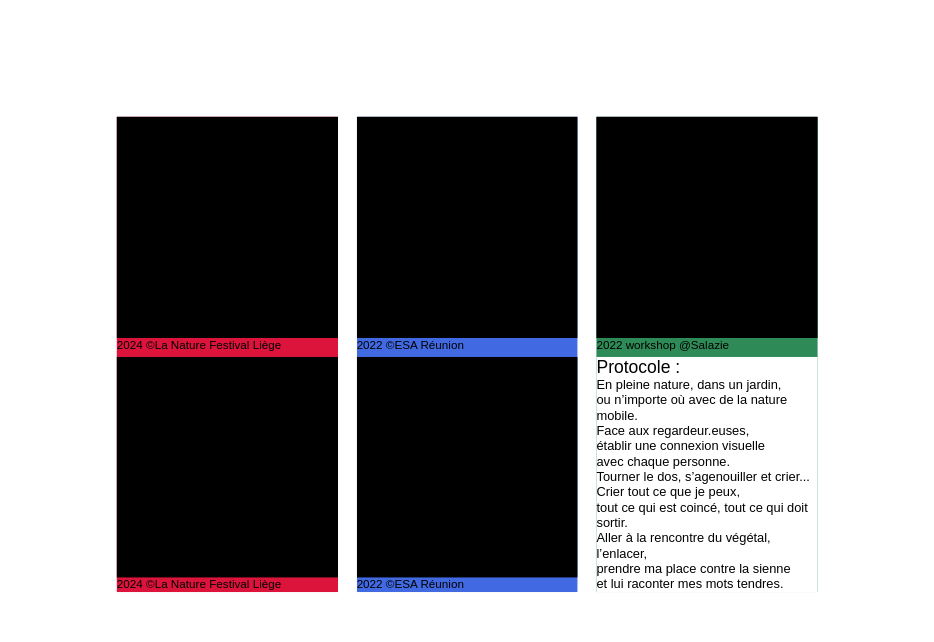
Repository: brunrhb/oce-p
Page: index.html
These files come from the project's save history. The page is drawn as it stood at one moment and after the next save; the edit follows.
The browser window is 1280 px wide. The pictures show the whole page, at 73% of full size.

Above is the page before, as saved 2025-06-04 17:38:06.

### index.html
<!DOCTYPE html>
<html lang="fr">
<head>
  <meta charset="UTF-8">
  <meta name="viewport" content="width=device-width, initial-scale=1.0">
  <title>Grid 3 colonnes avec placeholders</title>
  <link rel="stylesheet" href="styles.css">
  <script defer src="content.js"></script>
</head>
<body>



  <section PROJET1 LIASONS VEGETALES>


<div class="grid-p1s1" id="partie1">

<div class="col-p1s1-1">
  <div class="media-block">
    <div class="placeholder-p1s1"></div>
    <p class="credit" data-content="p1s1-credit1"></p>
  </div>

  <div class="media-block">
    <div class="placeholder-p1s1"></div>
    <p class="credit" data-content="p1s1-credit2"></p>
  </div>
</div>

    <div class="col-p1s1-2">
      <div class="media-block">
        <div class="placeholder-p1s1"></div>
        <p class="credit" data-content="p1s1-credit3"></p>
      </div>
      <div class="media-block">
        <div class="placeholder-p1s1"></div>
        <p class="credit" data-content="p1s1-credit4"></p>
      </div>
    </div>

    <div class="col-p1s1-3">
      <div class="media-block">
        <div class="placeholder-p1s1"></div>
        <p class="credit" data-content="p1s1-credit5"></p>
      </div>
     <div class="text-block-p1s1">
       <p class="protocole-titre" data-content="p1s1-protocole-titre"></p>
       <p class="protocole-corps" data-content="p1s1-protocole-corps"></p>
    </div>

  </div>

</div>

  </section>

</body>
</html>

### styles.css
body {
  margin: 0;
  font-family: sans-serif;
}

/* #region PROJET1 LIASONS VEGETALES*/

/* 1 grille et colonnes */

.grid-p1s1 {
  display: grid;
  grid-template-columns: 1fr 1fr 1fr;
  height: calc(100vh - 10rem);
  padding: 10rem;
  column-gap: 2vw;
}

.col-p1s1-1 {
  display: flex;
  flex-direction: column;
  justify-content: flex-start;
  gap: 2vw;


  background-color: crimson;
}

.col-p1s1-2 {
  display: flex;
  flex-direction: column;
  justify-content: flex-start;
  gap: 2vw;

  background-color: royalblue;
}

.col-p1s1-3 {
  display: flex;
  flex-direction: column;
  justify-content: flex-start;
  gap: 2vw;

  background-color: seagreen;
}


/* 2 blocks et elements */

.media-block {
  display: block;
  width: 100%;
}

.placeholder-p1s1 {
  aspect-ratio: 1 / 1;
  width: 100%;
  background-color: black;
}

.credit {
  position: absolute;
  font-size: 1rem;
  line-height: 1.2;
  margin: 0;

}

.text-block-p1s1 {
  display: flex;
  flex-direction: column;
  justify-content: flex-end;

  width: 100%;
  aspect-ratio: 1 / 1;
  background-color: white;

  padding: 0;
  margin: 0;
  gap: 0;
}

.protocole-titre {
  font-size: 1.5rem;
  margin: 0;
  padding: 0;
}

.protocole-corps {
  font-size: 1.1rem;
  margin: 0;
  padding: 0;
}

/* #endregion */

### content.js
const content = {};

// #region p1s1
content["p1s1-credit1"] = "2024 ©La Nature Festival Liège";
content["p1s1-credit2"] = "2024 ©La Nature Festival Liège";
content["p1s1-credit3"] = "2022 ©ESA Réunion";
content["p1s1-credit4"] = "2022 ©ESA Réunion";
content["p1s1-credit5"] = "2022 workshop @Salazie";

content["p1s1-protocole-titre"] = "Protocole :";
content["p1s1-protocole-corps"] = `
  En pleine nature, dans un jardin,<br>
  ou n’importe où avec de la nature mobile.<br>
  Face aux regardeur.euses,<br>
  établir une connexion visuelle<br>
  avec chaque personne.<br>
  Tourner le dos, s’agenouiller et crier...<br>
  Crier tout ce que je peux,<br>
  tout ce qui est coincé, tout ce qui doit sortir.<br>
  Aller à la rencontre du végétal, l’enlacer,<br>
  prendre ma place contre la sienne<br>
  et lui raconter mes mots tendres.
`;
// #endregion

// #region injection
window.addEventListener("DOMContentLoaded", () => {
  Object.entries(content).forEach(([key, value]) => {
    const el = document.querySelector(`[data-content="${key}"]`);
    if (el) el.innerHTML = value;
  });
});
// #endregion

After the next save:
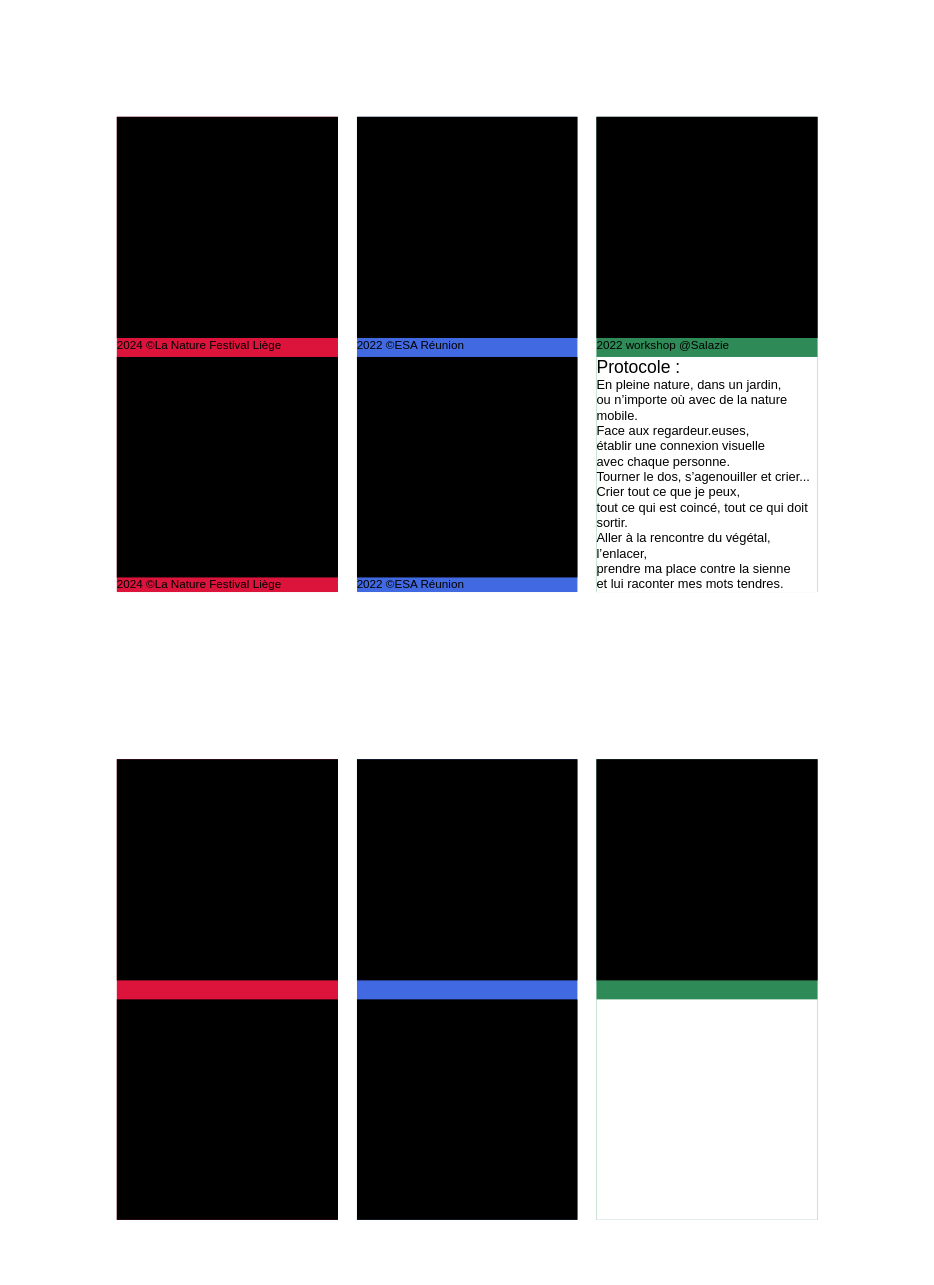
Saved 85 s later.
--- a/index.html
+++ b/index.html
@@ -13,6 +13,44 @@
 
   <section PROJET1 LIASONS VEGETALES>
 
+<div class="grid-p1s1" id="partie1">
+
+<div class="col-p1s1-1">
+  <div class="media-block">
+    <div class="placeholder-p1s1"></div>
+    <p class="credit" data-content="p1s1-credit1"></p>
+  </div>
+
+  <div class="media-block">
+    <div class="placeholder-p1s1"></div>
+    <p class="credit" data-content="p1s1-credit2"></p>
+  </div>
+</div>
+
+    <div class="col-p1s1-2">
+      <div class="media-block">
+        <div class="placeholder-p1s1"></div>
+        <p class="credit" data-content="p1s1-credit3"></p>
+      </div>
+      <div class="media-block">
+        <div class="placeholder-p1s1"></div>
+        <p class="credit" data-content="p1s1-credit4"></p>
+      </div>
+    </div>
+
+    <div class="col-p1s1-3">
+      <div class="media-block">
+        <div class="placeholder-p1s1"></div>
+        <p class="credit" data-content="p1s1-credit5"></p>
+      </div>
+     <div class="text-block-p1s1">
+       <p class="protocole-titre" data-content="p1s1-protocole-titre"></p>
+       <p class="protocole-corps" data-content="p1s1-protocole-corps"></p>
+    </div>
+
+  </div>
+
+</div>
 
 <div class="grid-p1s1" id="partie1">
 
